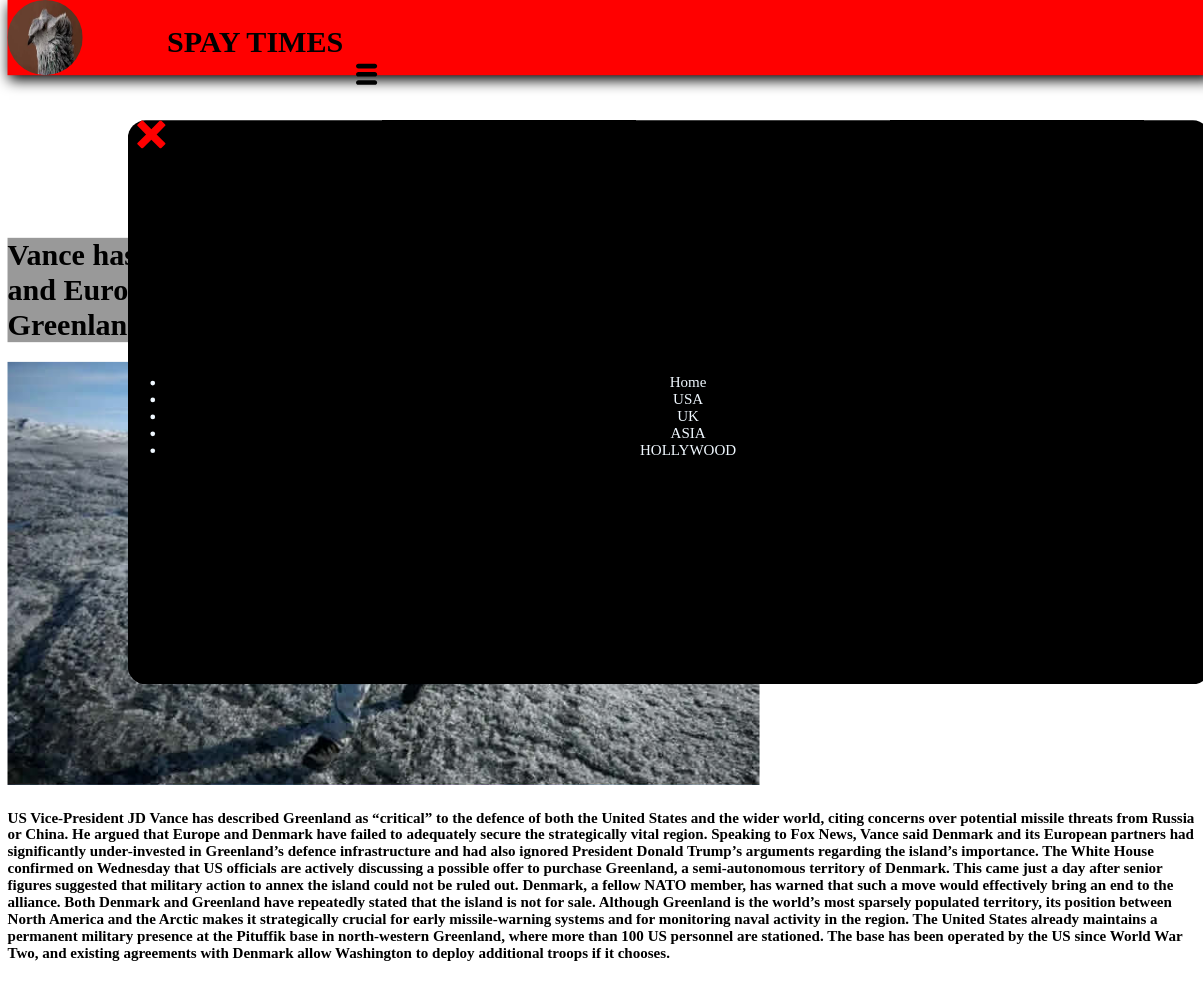
Repository: ridhukhan/spytimes
Page: /, after clicking the first element matching `svg`
An editor plug-in stored every save of this project. The page is shown before and after the next save, followed by the edit.
The browser window is 1280 px wide. The pictures show the whole page, at 94% of full size.
The project was rebuilt for these pictures with package versions that can differ from the ones it lists, and the page was loaded fresh each time. Also part of the build but not shown: vite.config.js.

Above is the page before, as saved 2026-01-09 23:16:53.

### index.html
<!doctype html>
<html lang="en">
  <head>
    <meta charset="UTF-8" />
    <link rel="icon" type="image/svg+xml" href="/vite.svg" />
    <meta name="6a97888e-site-verification" content="945cf2ffcb6885b11db89e632c2e0750">

    <meta name="viewport" content="width=device-width, initial-scale=1.0" />
    <title>spytimes</title>
  </head>
  <body>
    <div id="root"></div>
    <script type="module" src="/src/main.jsx"></script>
  </body>
</html>

### src/main.jsx
import { StrictMode } from 'react'
import {BrowserRouter} from "react-router-dom"

import { createRoot } from 'react-dom/client'
import './index.css'
import App from './App.jsx'
createRoot(document.getElementById('root')).render(
  <StrictMode>
    <BrowserRouter>
    <App />
    </BrowserRouter>
  </StrictMode>,
)

### src/index.css
@media screen and (max-width:414px){
  *{
    width: 100%;
    padding:0;
margin: 0;
  }

  body{
width: 100%;
background-color: white;
color: black;
  }
}

### src/App.jsx
import { Route, Routes } from "react-router-dom"
import Navbar from "./nav/Navbar"
import Home from "./pages/home/Home"



function App() {

  return (
    <div>
   <Navbar/>
   <Routes>
    <Route path="/" element={<Home/>}/>
   </Routes>
    </div>
  )
}

export default App

### src/nav/Navbar.jsx
import React from 'react'
import "./Navbar.css"
import { ImCross } from "react-icons/im";
import { TiThMenu } from "react-icons/ti";
import logo from "../assets/download.jpeg"
import { useState } from 'react';
const Navbar = () => {
    const [openmenu,setOpenmenu]=useState(false)
  return (
    <div style={{position:"fixed",backgroundColor:"red",display:"flex",
    width:"100%", height:"80px", top:"0", zIndex:"1000", boxShadow:"2px 5px 14px black"}}>
<img src={logo} alt="logo" style={{width:"80px", height:"80px", borderRadius:"100%"}}/>
<h1 style={{marginTop:"2%", marginLeft:"7%",}}>SPAY TIMES</h1>
<TiThMenu  onClick={()=>setOpenmenu(!openmenu)}  style={{width:"50px",height:"30px", marginTop:"5%", }}/>

   {openmenu? <div style={{display:"grid",position:"absolute",width:"90%",background:"black", height:"600px", zIndex:"999", marginTop:"10%", borderRadius:"19px", right:"0"}}>
<ImCross onClick={()=>setOpenmenu(null)} style={{ color:"red", left:"0", justifyContent:"flex-start", width:"50px", height:"30px"}}/>

  <ul>


    <li>Home</li>
    <li>USA</li>
    <li>UK</li>
    <li>ASIA</li>
    <li>HOLLYWOOD</li>
  </ul>










   </div>: null}
    </div>
  )
}


export default Navbar

### src/pages/home/Home.jsx
import React from 'react'
import home1 from "../../assets/home1.jpeg"
const Home = () => {
  return (
    <div style={{marginTop:"20%"}}>


        <h1 style={{backgroundColor:"#999"}}>Vance has sharply criticizes Denmark <br /> and Europe over their role and management regarding <br /> Greenland.</h1>

        <img src={home1} alt="home1" />
       <h4>
        US Vice-President JD Vance has described Greenland as “critical” to the defence of both the United States and the wider world, citing concerns over potential missile threats from Russia or China. He argued that Europe and Denmark have failed to adequately secure the strategically vital region.

Speaking to Fox News, Vance said Denmark and its European partners had significantly under-invested in Greenland’s defence infrastructure and had also ignored President Donald Trump’s arguments regarding the island’s importance.

The White House confirmed on Wednesday that US officials are actively discussing a possible offer to purchase Greenland, a semi-autonomous territory of Denmark. This came just a day after senior figures suggested that military action to annex the island could not be ruled out.

Denmark, a fellow NATO member, has warned that such a move would effectively bring an end to the alliance. Both Denmark and Greenland have repeatedly stated that the island is not for sale.

Although Greenland is the world’s most sparsely populated territory, its position between North America and the Arctic makes it strategically crucial for early missile-warning systems and for monitoring naval activity in the region.

The United States already maintains a permanent military presence at the Pituffik base in north-western Greenland, where more than 100 US personnel are stationed. The base has been operated by the US since World War Two, and existing agreements with Denmark allow Washington to deploy additional troops if it chooses.
       </h4>

    </div>
  )
}

export default Home

### src/nav/Navbar.css
ul li{
text-align: center;
    color: aliceblue;
}

After the next save:
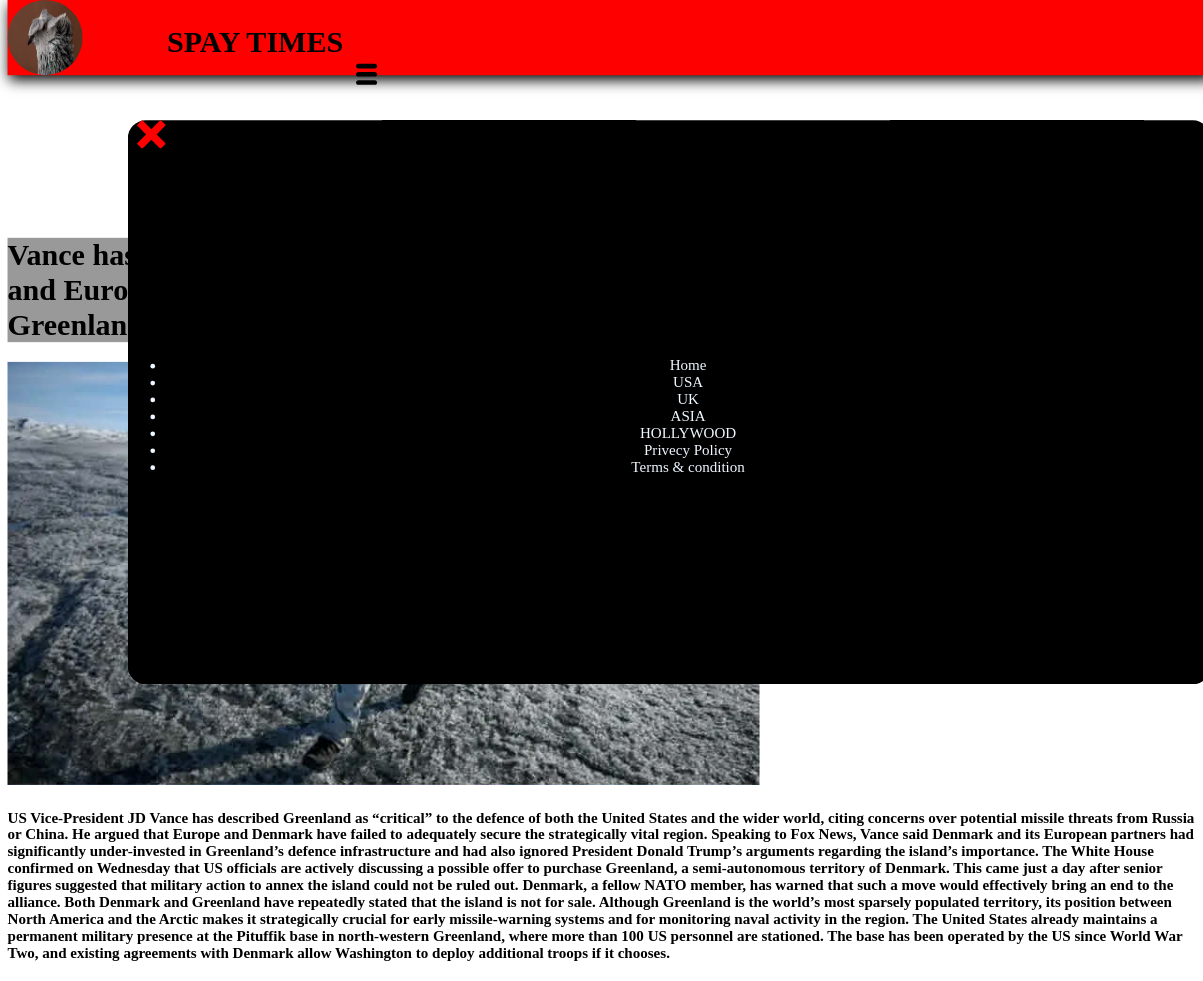
Saved 8 h 8 min later.
--- a/src/nav/Navbar.jsx
+++ b/src/nav/Navbar.jsx
@@ -24,6 +24,9 @@
     <li>UK</li>
     <li>ASIA</li>
     <li>HOLLYWOOD</li>
+    <li>Privecy Policy</li>
+    <li>Terms &  condition</li>
+
   </ul>
 
 
